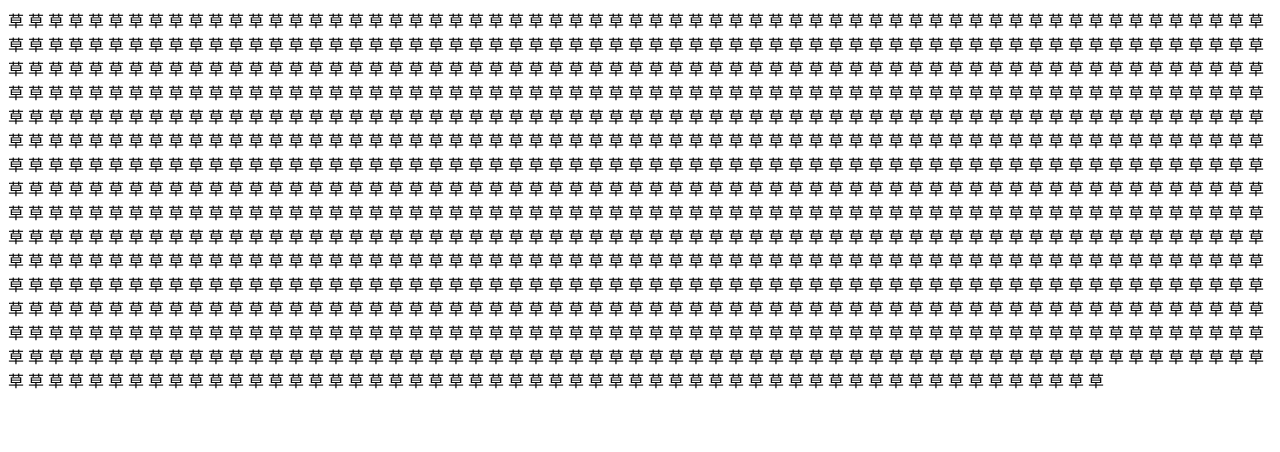
Repository: sgnq008-tech/JSP
Page: http://localhost/WebProject/directive/bufferEx.jsp
An editor plug-in stored every save of this project. The page is shown before and after a run of saves, followed by the edit.
The browser window is 1280 px wide. The pictures show the whole page.
The page is served by Tomcat 9.

Above is the page before, as saved 2026-09-10 03:39:30.

After the next 3 saves:
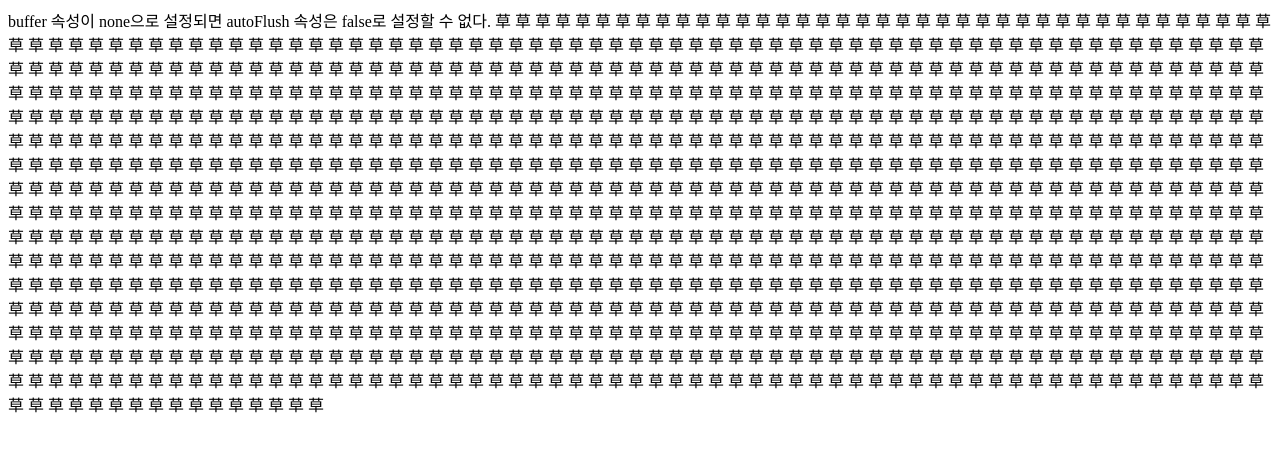
The 3 saves are shown as one change because 2 did not build or start.
The last was saved 112 s later.
--- a/jsp_workspace/WebProject/src/main/webapp/directive/bufferEx.jsp
+++ b/jsp_workspace/WebProject/src/main/webapp/directive/bufferEx.jsp
@@ -1,6 +1,7 @@
 <%@ page language="java" contentType="text/html; charset=UTF-8"
     pageEncoding="UTF-8" %>
 <%--<%@ page buffer = "1kb" autoFlush="true" %>--%>
+buffer 속성이 none으로 설정되면 autoFlush 속성은 false로 설정할 수 없다.
 	<%@ page buffer ="none" autoFlush="true" %>
 <!DOCTYPE html>
 <html>
